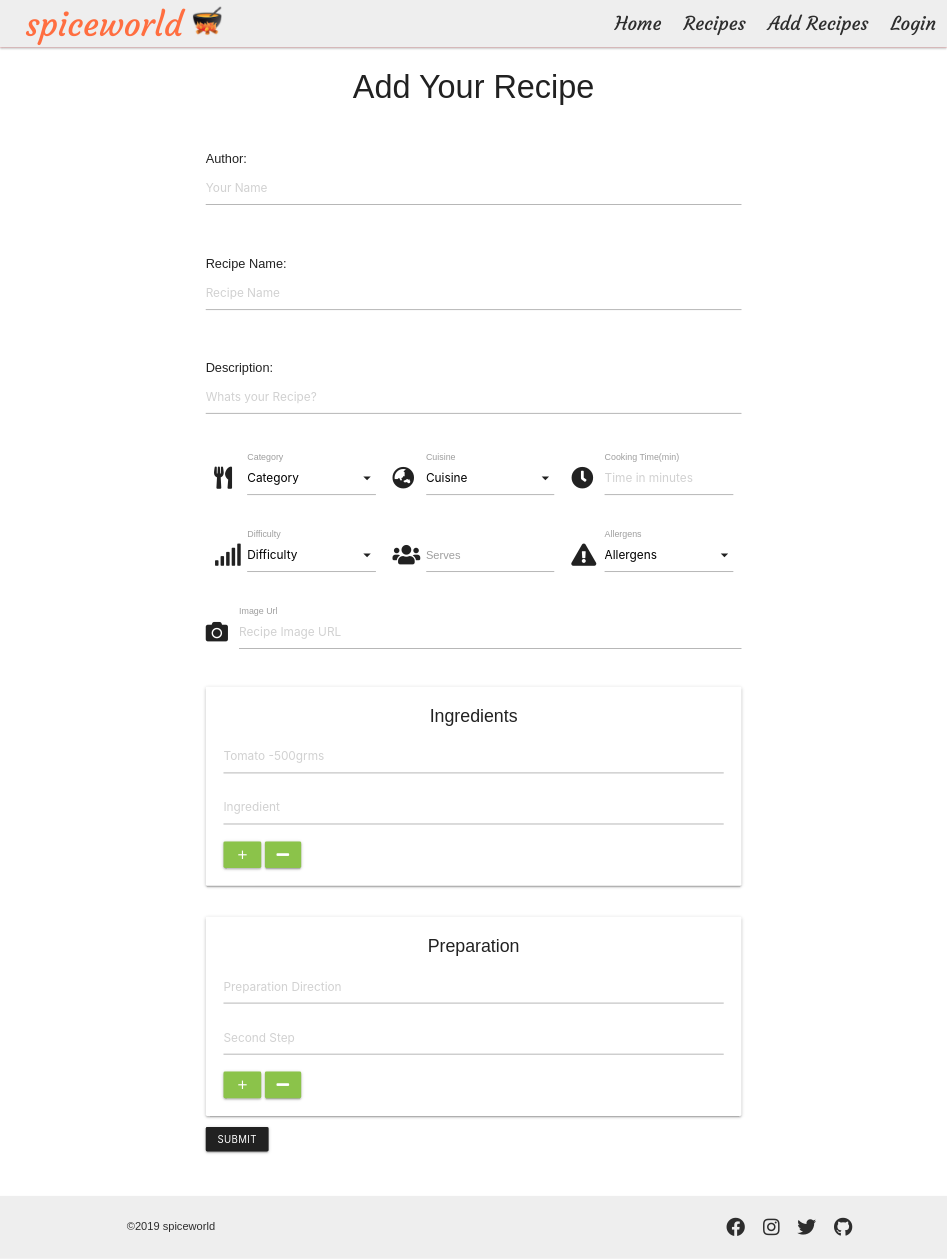
Repository: stephyraju/spiceworld
Page: http://localhost/add_recipe
The author's editor kept a record of every edit. The page is drawn from the files as they stood at one moment, then again after the next edit.
The browser window is 1280 px wide. The pictures show the whole page, at 74% of full size.
Some web libraries are served in a nearby version. The page is served by the project's application, run on Flask 3 (app.py). Queries for data that is not in the repository find no rows.

Above is the page before.

After the next edit:
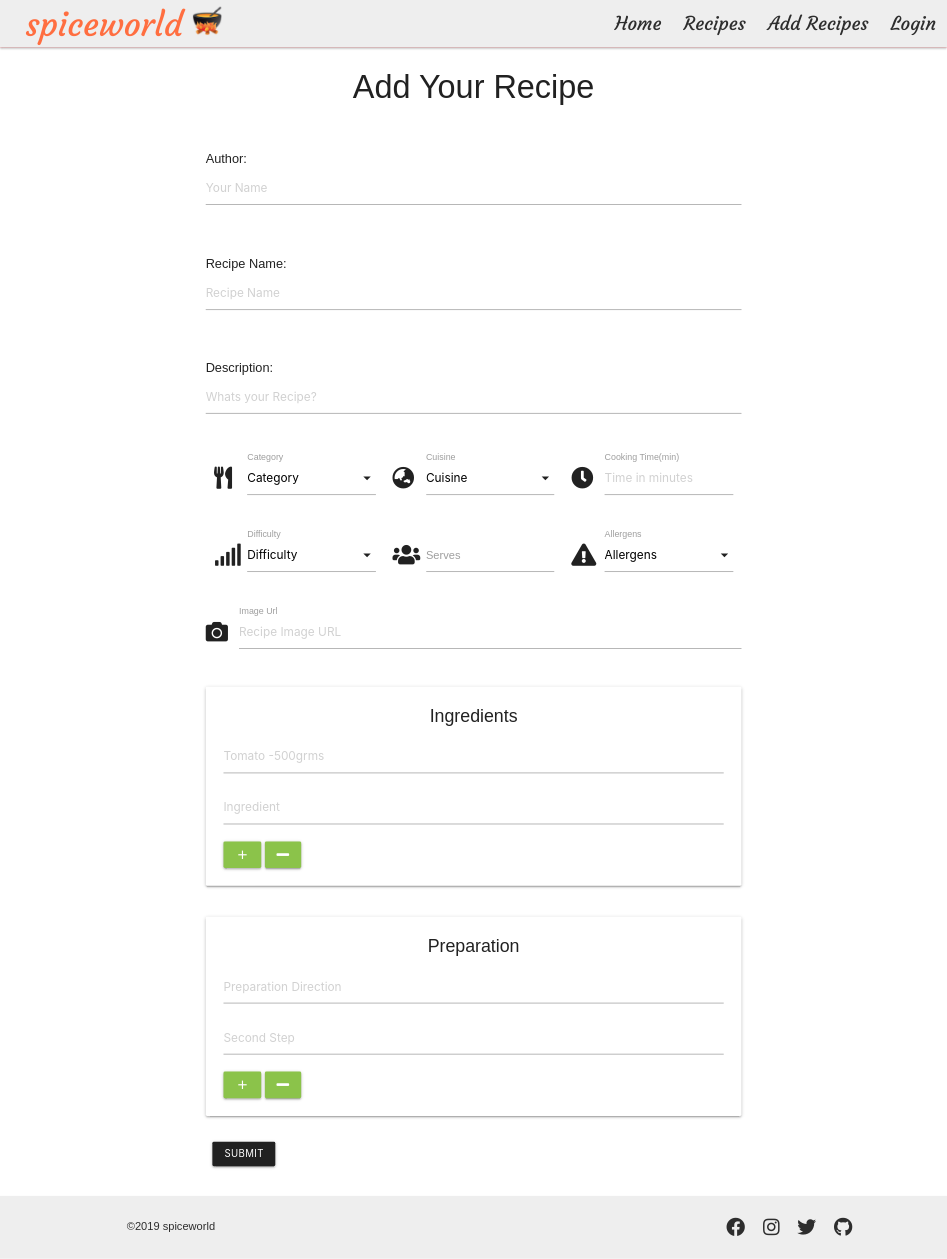
The edit:
--- a/templates/addrecipe.html
+++ b/templates/addrecipe.html
@@ -145,11 +145,12 @@
                     <div class="card background">
                         <div class="card-content">
                             <span class="card-title center">Preparation</span>
-                             <div class="addpreparation">
-                            <div class="input-field whites-4">
-                                <input id="preparation" type="text" placeholder="Preparation Direction" name="preparation" minlength="3" maxlength="600"></textarea>
+
+                            <div class="addpreparation">
+                                <div class="input-field whites-4">
+                                    <input id="preparation" type="text" placeholder="Preparation Direction" name="preparation" minlength="3" maxlength="600"></textarea>
+                                </div>
                             </div>
-
                             <div class="new-step">
                                 <div class="input-field whites-4">
                                     <input id="preparation" type="text" placeholder="Second Step" name="preparation" minlength="3" maxlength="600" required>
